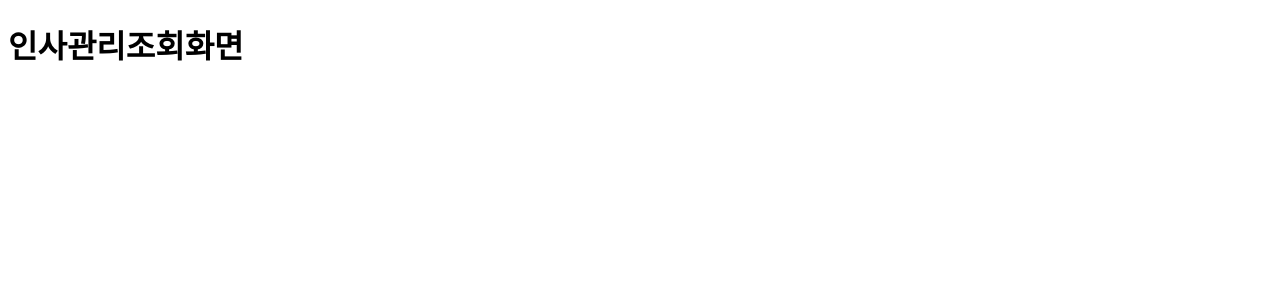
Repository: alsdud0301/jsp_study
Page: http://localhost/practice1/check.jsp
These files come from the project's save history. The page is drawn as it stood at one moment and after a run of saves; the edit follows.
The browser window is 1280 px wide. The pictures show the whole page.
The page is served by Tomcat 9.

Above is the page before, as saved 2025-05-21 06:12:04.

After the next 2 saves:
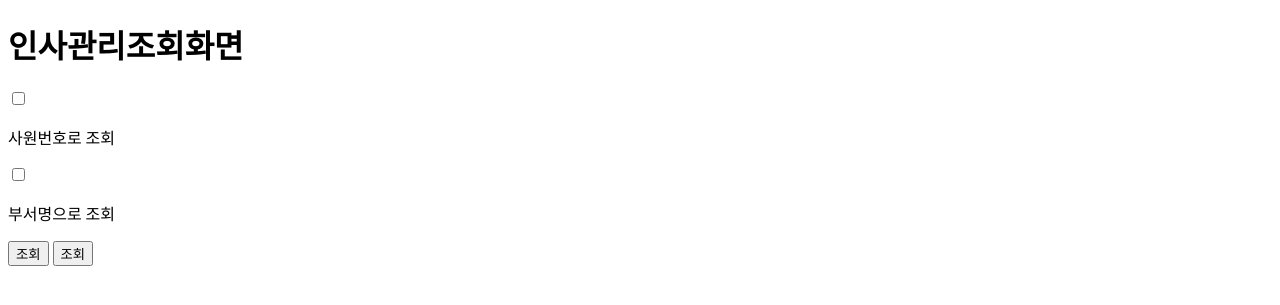
The 2 saves are shown as one change because they came seconds apart.
The last was saved 2 min 52 s later.
--- a/practice1/src/main/webapp/check.jsp
+++ b/practice1/src/main/webapp/check.jsp
@@ -8,6 +8,9 @@
 </head>
 <body>
 	<h1>인사관리조회화면</h1>
-
+	<input type="checkbox"><p>사원번호로 조회</p>
+	<input type="checkbox"><p>부서명으로 조회</p>
+	<input type="submit" value="조회">
+	<input type="button" value="조회">
 </body>
 </html>
